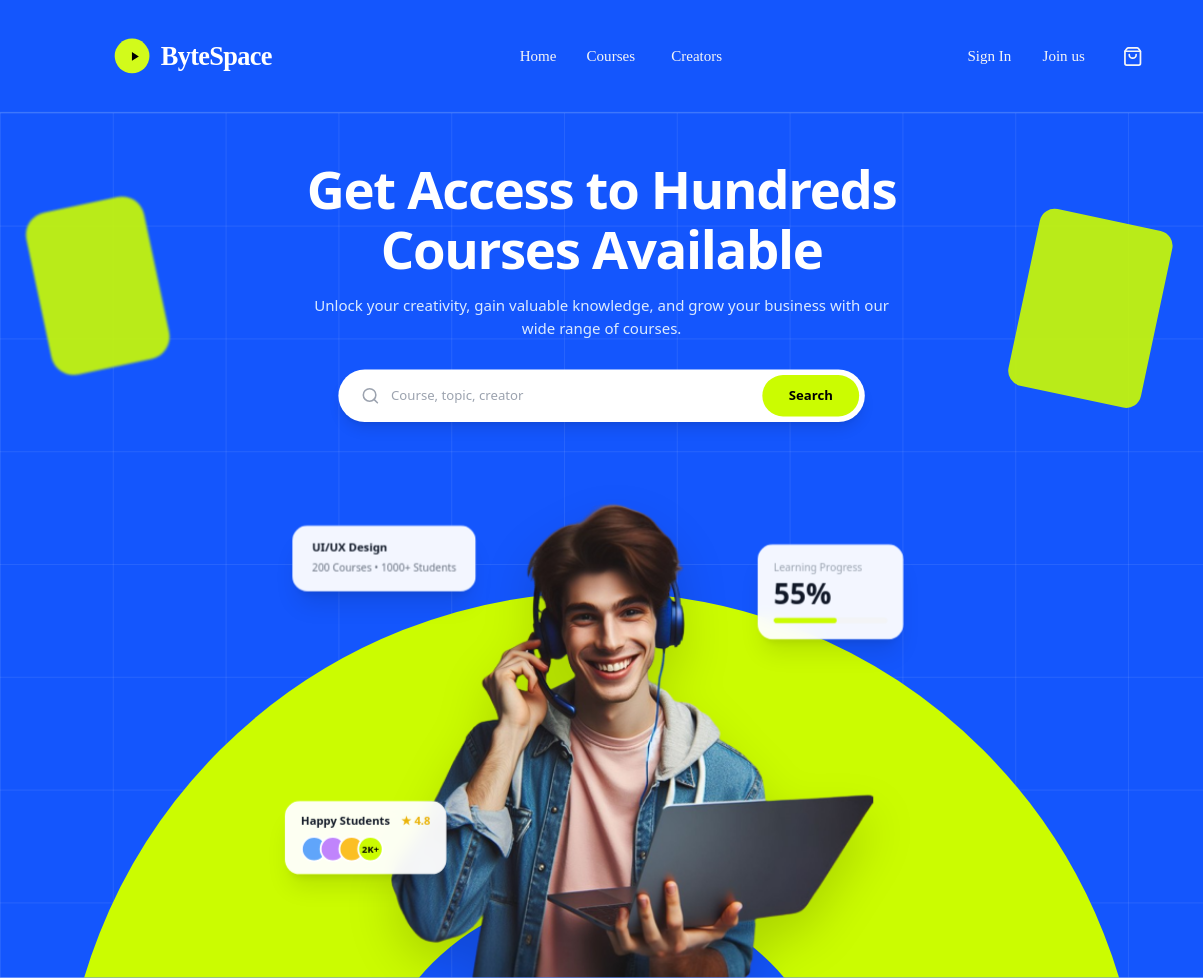
Repository: mdkawsarjomadder/bytespace
Page: /
An editor plug-in stored every save of this project. The page is shown before and after the next save, followed by the edit.
The browser window is 1280 px wide. The pictures show the whole page, at 94% of full size.
Some web fonts or font styles are not loaded; a fallback is used. The project was rebuilt for these pictures with package versions that can differ from the ones it lists, and the page was loaded fresh each time. Also part of the build but not shown: vite.config.js.

Above is the page before, as saved 2026-09-29 18:19:20.

After the next save:
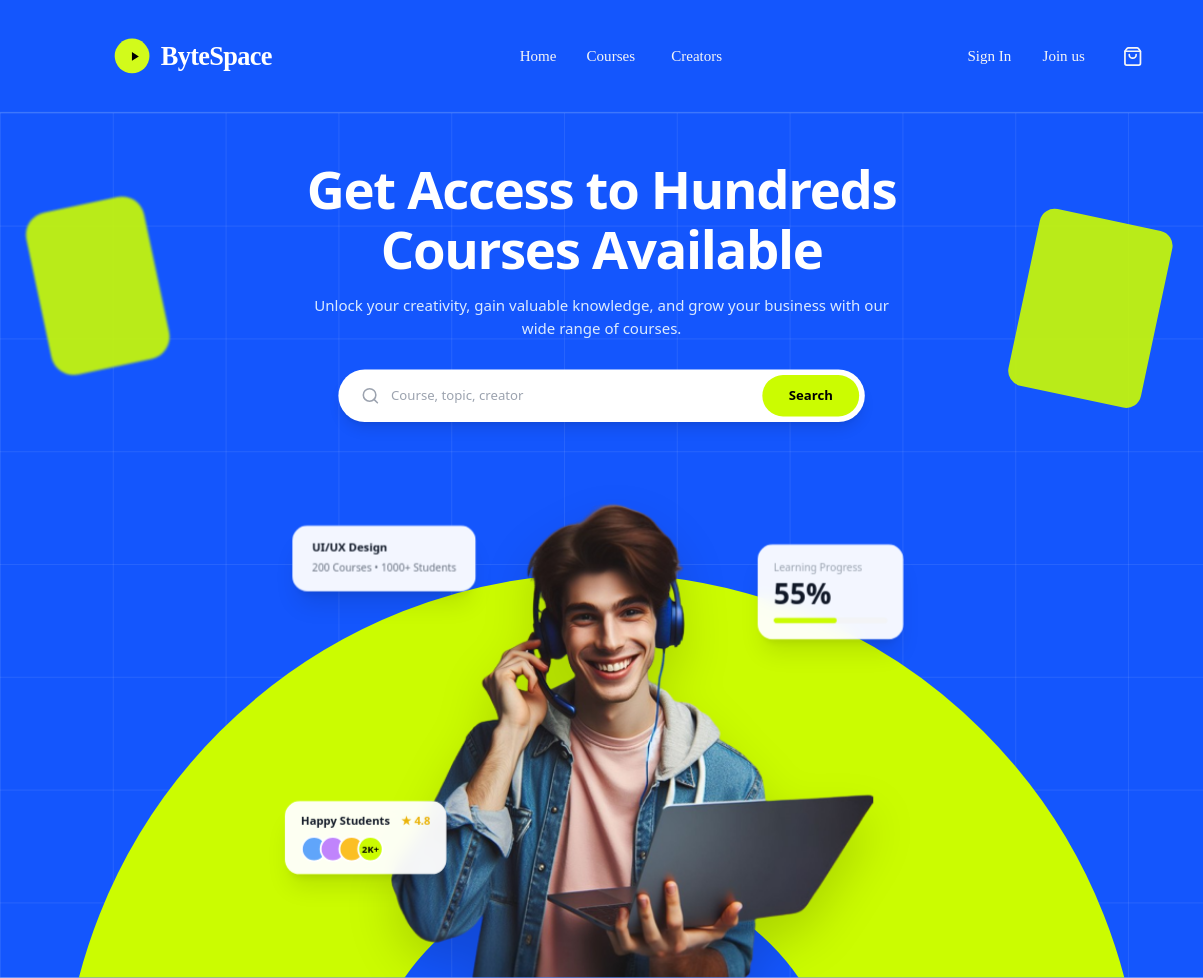
Saved 5 s later.
--- a/src/components/Hero.jsx
+++ b/src/components/Hero.jsx
@@ -14,7 +14,7 @@ const Hero = () => {
         style={{
           width: '1149px',
           height: '1149px',
-          top: '510px',
+          top: '490px',
           bottom: '-550px',
           left: '50%',
           transform: 'translateX(-50%)',
